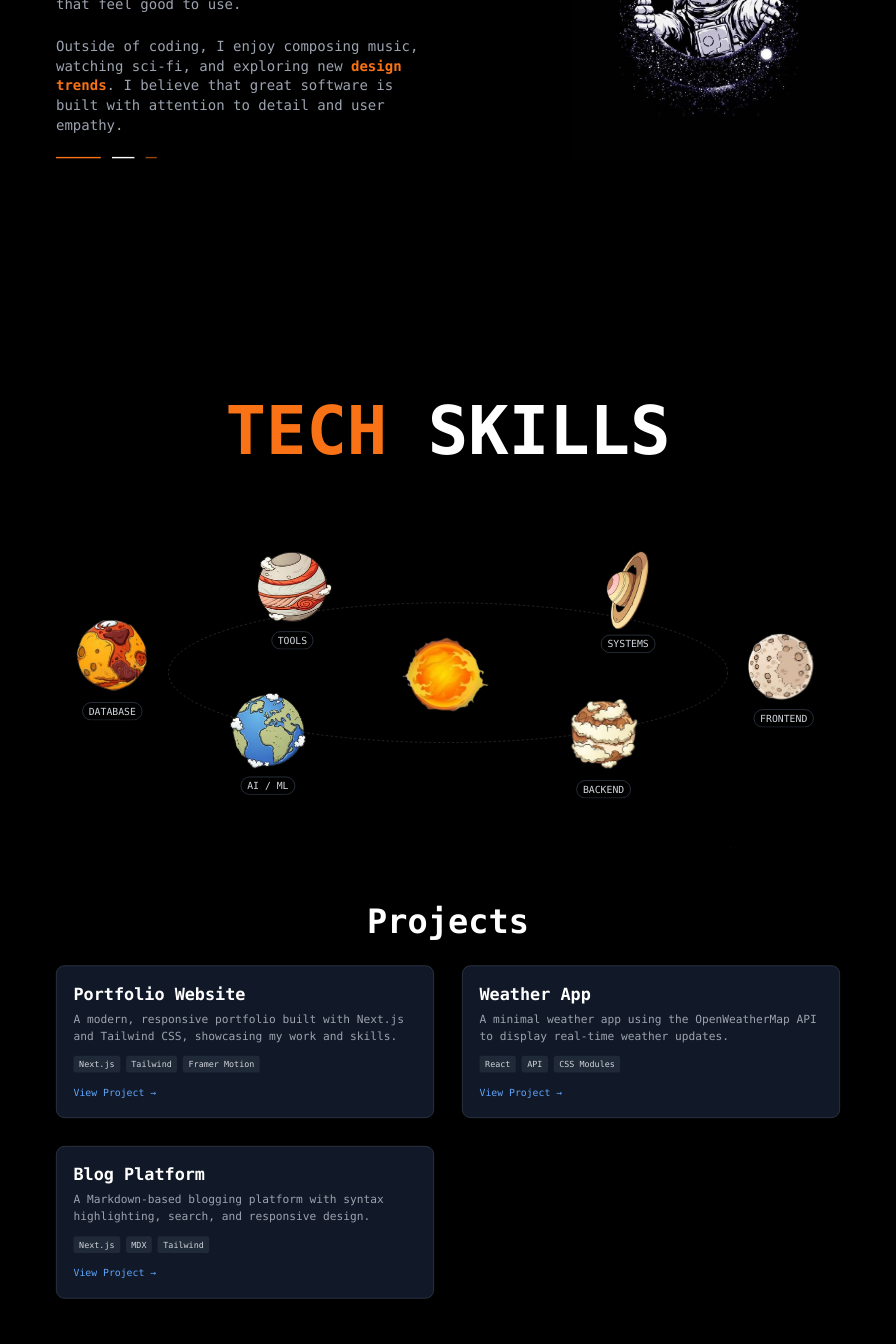
Repository: AnupriyaBiswas/Portfolio
Page: /
The author's editor kept a copy of each file at every save. The page is drawn from the files as they stood at one save, then again after the next save.
The browser window is 1280 px wide. The pictures show the part of the page from y = 1113 to 3033 px (the page is 4488 px tall), at 70% of full size.
The project was rebuilt for these pictures with package versions that can differ from the ones it lists, and the page was loaded fresh each time. Some packages were replaced by stand-ins written for this rebuild. The framework's server and built-in components were replaced by stand-ins that run in the browser. Also part of the build but not shown: next.config.js.

Above is the page before, as saved 2025-07-15 20:33:06.

After the next save:
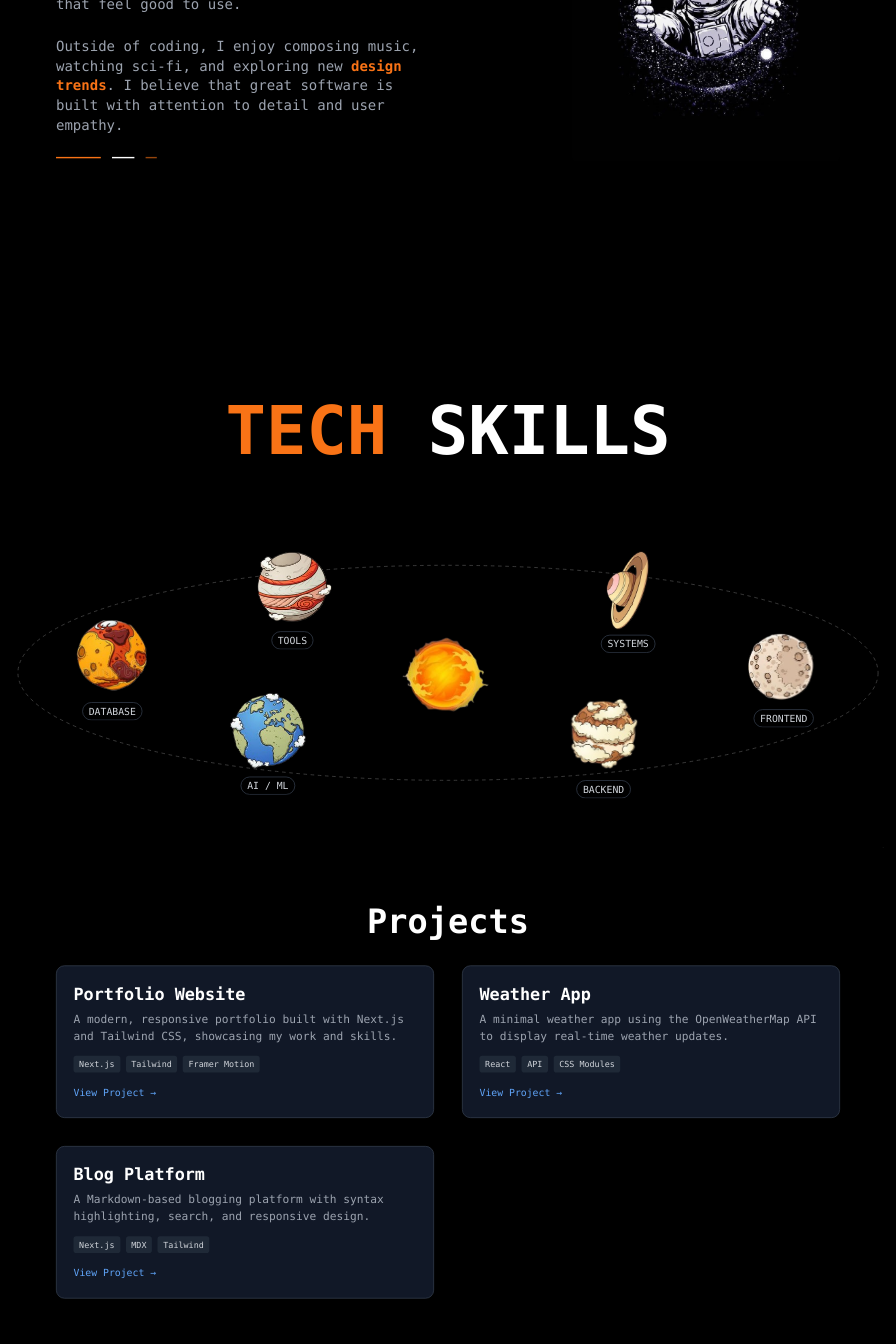
Saved 5 min 30 s later.
--- a/components/Skills.jsx
+++ b/components/Skills.jsx
@@ -65,7 +65,7 @@ const Skills = () => {
       </div>
 
       {/* Orbit Section */}
-      <div className="relative h-[500px] w-full max-w-[95vw] sm:max-w-[90vw] md:max-w-[80vw] lg:max-w-[70vw] xl:max-w-[65vw] mx-auto flex items-center justify-center">
+      <div className="relative h-[500px] w-screen flex items-center justify-center overflow-x-hidden">
         {/* Background stars */}
         <div className="absolute inset-0 -z-10">
           {[...Array(100)].map((_, i) => (
